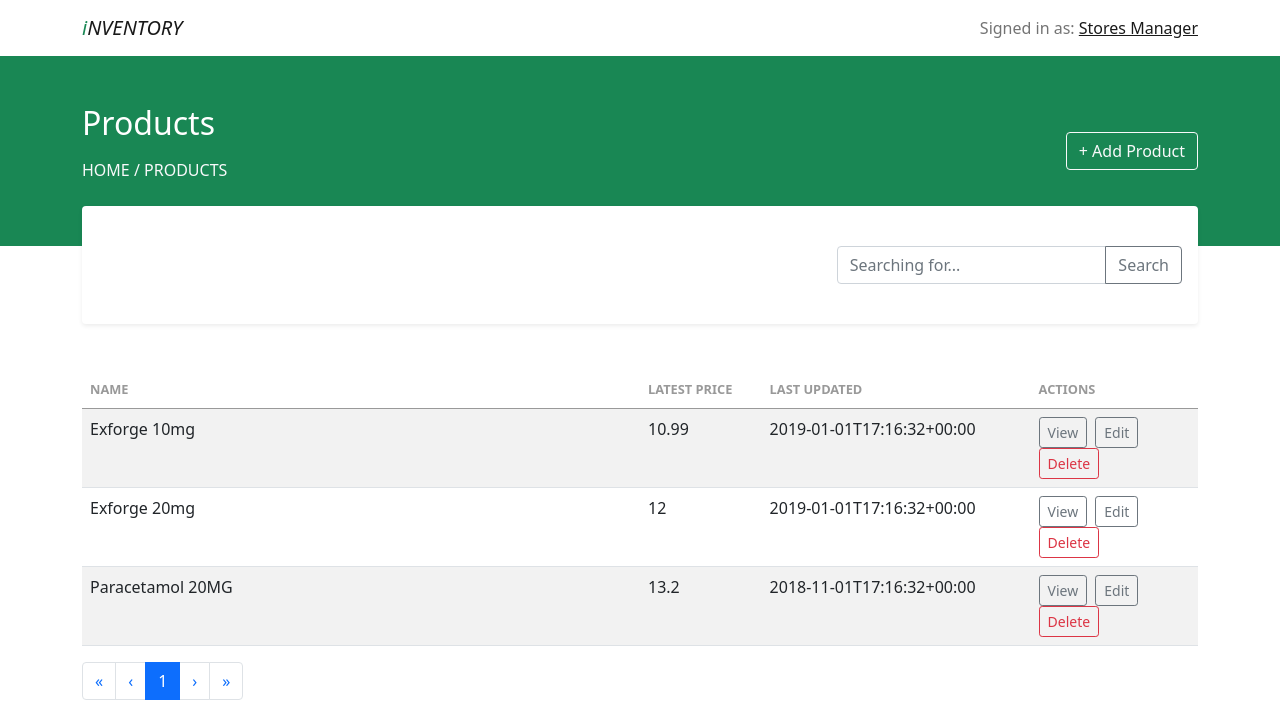
Repository: tHEO2k17/inventory-manager
Page: /
These files come from the project's save history. The page is drawn as it stood at one moment and after the next save; the edit follows.
The browser window is 1280 px wide. The pictures show the whole page.
The project was rebuilt for these pictures with package versions that can differ from the ones it lists, and the page was loaded fresh each time. Also part of the build but not shown: src/presentation/components/ProductForm.tsx.

Above is the page before, as saved 2021-08-31 10:42:47.

### src/index.tsx
import React from 'react';
import ReactDOM from 'react-dom';
import './index.scss';
import App from './presentation/App';

ReactDOM.render(
  <React.StrictMode>
    <App />
  </React.StrictMode>,
  document.getElementById('root')
);

### src/index.scss
@import '~bootstrap/scss/bootstrap.scss';

// body{
//     background-color: #F2F2F2;
// }

.table thead tr > th{
    text-transform: uppercase;
    font-size: 0.8rem;
    color: #999;
}

.mtn-40{
    margin-top: -40px;
}

### src/presentation/App.tsx
import ProductsPage from './pages/ProductsPage';

export default function App() {
  return ( <ProductsPage/> );
}

### src/presentation/pages/ProductsPage.tsx
import { Component } from "react"
import { Button, Card, Col, Container, FormControl, InputGroup, Pagination, Row, Table } from "react-bootstrap";
import { mock } from "../../core/mock";
import Banner from "../components/Banner";
import Product from "../components/Product";
import TopBar from "../components/TopBar";

export default class ProductsPage extends Component {

    render() {
        return (
            <>
                <TopBar />
                <Banner />
                <Container>
                    <Card className="mtn-40 border-0 shadow-sm">
                        <Card.Body className="my-4">
                            <Row>
                                <Col md="4" className="offset-8">
                                    <InputGroup>
                                        <FormControl
                                            placeholder="Searching for..."
                                            aria-label="Searching for..."
                                            aria-describedby="basic-addon2"
                                        />
                                        <Button variant="outline-secondary" id="button-addon2"> Search</Button>
                                    </InputGroup>
                                </Col>
                            </Row>
                        </Card.Body>
                    </Card>
                    <Table striped className="mt-5">
                        <thead>
                            <tr>
                                <th>Name</th>
                                <th>Latest Price</th>
                                <th>Last Updated</th>
                                <th>Actions</th>
                            </tr>
                        </thead>
                        <tbody>
                            {
                                mock.products.map(product => <Product key={product.id} product={product} />)
                            }
                        </tbody>
                    </Table>
                    <Pagination className="mx-auto w-auto">
                        <Pagination.First />
                        <Pagination.Prev />
                        <Pagination.Item active>{1}</Pagination.Item>
                        <Pagination.Next />
                        <Pagination.Last />
                    </Pagination>
                </Container>
            </>
        );
    }
}

### src/core/mock.ts
export const mock = {
    "products": [
        {
            "id": 1,
            "name": "Exforge 10mg",
            "prices": [
                {
                    "id": 1,
                    "price": 10.99,
                    "date": "2019-01-01T17:16:32+00:00"
                },
                {
                    "id": 2,
                    "price": 9.20,
                    "date": "2018-11-01T17:16:32+00:00"
                }
            ]
        },
        {
            "id": 2,
            "name": "Exforge 20mg",
            "prices": [
                {
                    "id": 3,
                    "price": 12.00,
                    "date": "2019-01-01T17:16:32+00:00"
                },
                {
                    "id": 4,
                    "price": 13.20,
                    "date": "2018-11-01T17:16:32+00:00"
                }
            ]
        },
        {
            "id": 3,
            "name": "Paracetamol 20MG",
            "prices": [
                {
                    "id": 5,
                    "price": 5.00,
                    "date": "2017-01-01T17:16:32+00:00"
                },
                {
                    "id": 6,
                    "price": 13.20,
                    "date": "2018-11-01T17:16:32+00:00"
                }
            ]
        }
    ]
};

### src/presentation/components/Banner.tsx
import { useState } from "react";
import { Button, Col, Container, Modal, Row } from "react-bootstrap";
import ProductForm from "./ProductForm";

const Banner = () => {
    const [show, setShow] = useState(false);

    const handleClose = () => setShow(false);
    const handleShow = () => setShow(true);

    return (
        <>
            <section className="bg-success">
                <Container className="py-5 text-white">
                    <Row className="align-items-center">
                        <Col>
                            <h2>Products</h2>
                            <p className="text-light mt-3 fw-light fs-6">HOME / PRODUCTS</p>
                        </Col>
                        <Col>
                            <Button variant="outline-light" className="float-end" onClick={handleShow}>+ Add Product</Button>
                        </Col>
                    </Row>
                </Container>
            </section>

            <Modal show={show} onHide={handleClose}>
                <Modal.Header closeButton> New Product</Modal.Header>
                <Modal.Body><ProductForm/></Modal.Body>
            </Modal>
        </>
    );
}

export default Banner;

### src/presentation/components/Product.tsx
import { Button } from "react-bootstrap"
import moment from 'moment';

const Product = ({ product }: ProductProps) => {

    const findLatestPriceInfo = (prices: any[]): any => {
        return prices.reduce(
            (acc: any, value: any) =>
                moment(acc.date).isAfter(value.date)
                    ? acc
                    : value
        );
    }

    return (
        <tr>
            <td width="50%">{product.name}</td>
            <td>{findLatestPriceInfo(product.prices).price}</td>
            <td>{findLatestPriceInfo(product.prices).date}</td>
            <td width="15%">
                <Button size="sm" variant="outline-secondary">View</Button>
                <Button size="sm" variant="outline-secondary" className="mx-2">Edit</Button>
                <Button size="sm" variant="outline-danger">Delete</Button>
            </td>
        </tr>
    );

}

export default Product;

type ProductProps = {
    key: any,
    product: any
}

### src/presentation/components/TopBar.tsx
import { Container, Navbar } from "react-bootstrap";

const TopBar = () => {
    return (
        <Navbar>
            <Container>
                <Navbar.Brand href="#home" className="fst-italic"><span className="text-success">i</span>NVENTORY</Navbar.Brand>
                <Navbar.Toggle />
                <Navbar.Collapse className="justify-content-end">
                    <Navbar.Text>
                        Signed in as: <a href="#login">Stores Manager</a>
                    </Navbar.Text>
                </Navbar.Collapse>
            </Container>
        </Navbar>
    );
}

export default TopBar;

Loaded but not shown: public/index.html (common file)

After the next save:
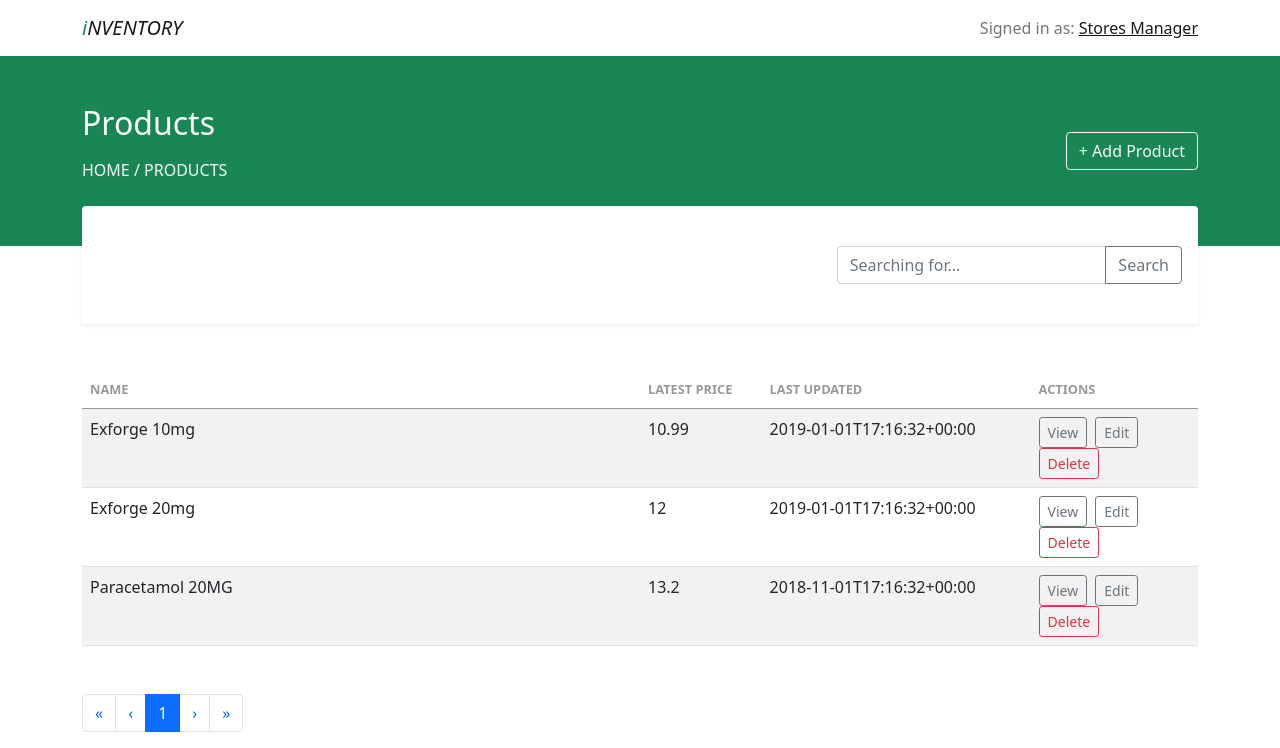
Saved 10 s later.
--- a/src/presentation/pages/ProductsPage.tsx
+++ b/src/presentation/pages/ProductsPage.tsx
@@ -44,7 +44,7 @@ export default class ProductsPage extends Component {
                             }
                         </tbody>
                     </Table>
-                    <Pagination className="mx-auto w-auto">
+                    <Pagination className="mx-auto mt-5">
                         <Pagination.First />
                         <Pagination.Prev />
                         <Pagination.Item active>{1}</Pagination.Item>
